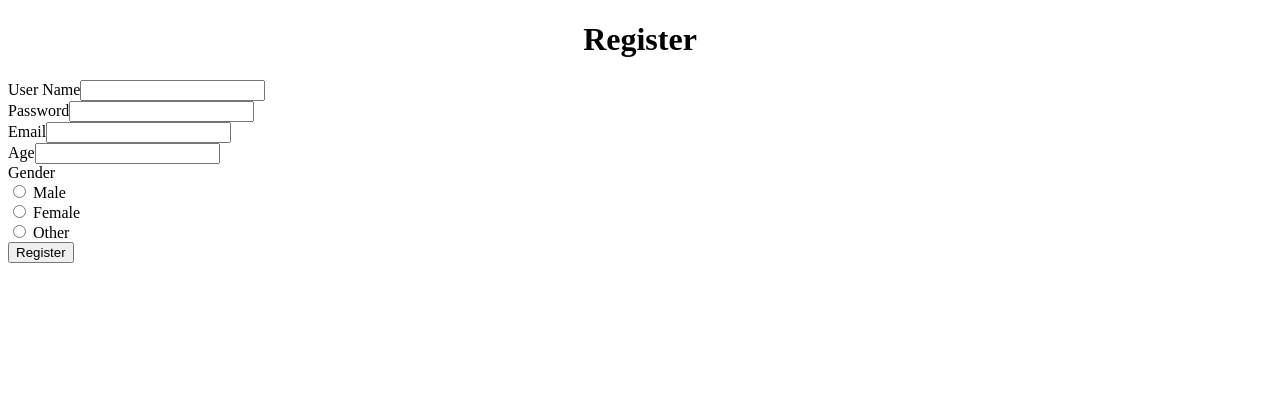
Repository: ramakrishnan1997/ram_javatraining
Page: http://localhost/AdminPortal/Register.jsp
The author's editor kept a copy of each file at every save. The page is drawn from the files as they stood at one save, then again after the next save.
The browser window is 1280 px wide. The pictures show the whole page.
The page is served by Tomcat 9. Other server files are loaded and not shown.

Above is the page before, as saved 2022-07-01 08:31:29.

### AdminPortal/src/main/webapp/Register.jsp
<%@ page language="java" contentType="text/html; charset=UTF-8"
    pageEncoding="UTF-8"%>
<!DOCTYPE html>
<html>
<head>
<meta charset="UTF-8">
<title>Register</title>
</head>
<body>
<h1 style="text-align:center">Register</h1>
<form>
<div><label>User Name</label><input type="text" name="username"></div>
<div><label>Password</label><input type="password" name="password"></div>
<div><label>Email</label><input type="email" name="email"></div>
<div><label>Age</label><input type="text" name="age"></div>
<div>
<label for="gender">Gender</label>
<div>
<input type="radio" value="Male" name="gender">
<label>Male</label>
</div>
<div>
<input type="radio" value="Female" name="gender">
<label>Female</label>
</div>
<div>
<input type="radio" value="Other" name="gender">
<label>Other</label>
</div>
</div>
</form>
<input type="submit" value="Register">
</body>
</html>

After the next save:
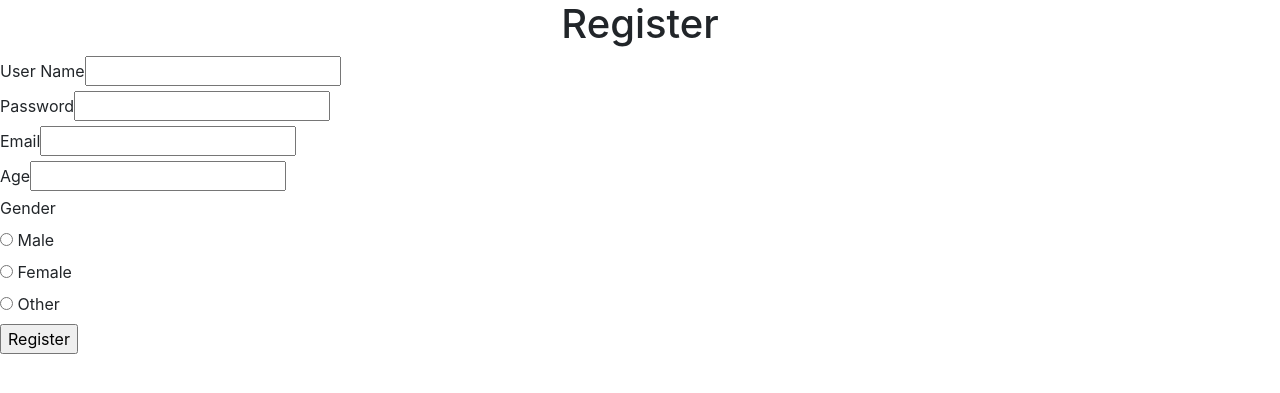
Saved 42 s later.
--- a/AdminPortal/src/main/webapp/Register.jsp
+++ b/AdminPortal/src/main/webapp/Register.jsp
@@ -5,6 +5,10 @@
 <head>
 <meta charset="UTF-8">
 <title>Register</title>
+<link rel="stylesheet"
+	href="https://cdn.jsdelivr.net/npm/bootstrap@4.0.0/dist/css/bootstrap.min.css"
+	integrity="sha384-Gn5384xqQ1aoWXA+058RXPxPg6fy4IWvTNh0E263XmFcJlSAwiGgFAW/dAiS6JXm"
+	crossorigin="anonymous">
 </head>
 <body>
 <h1 style="text-align:center">Register</h1>
